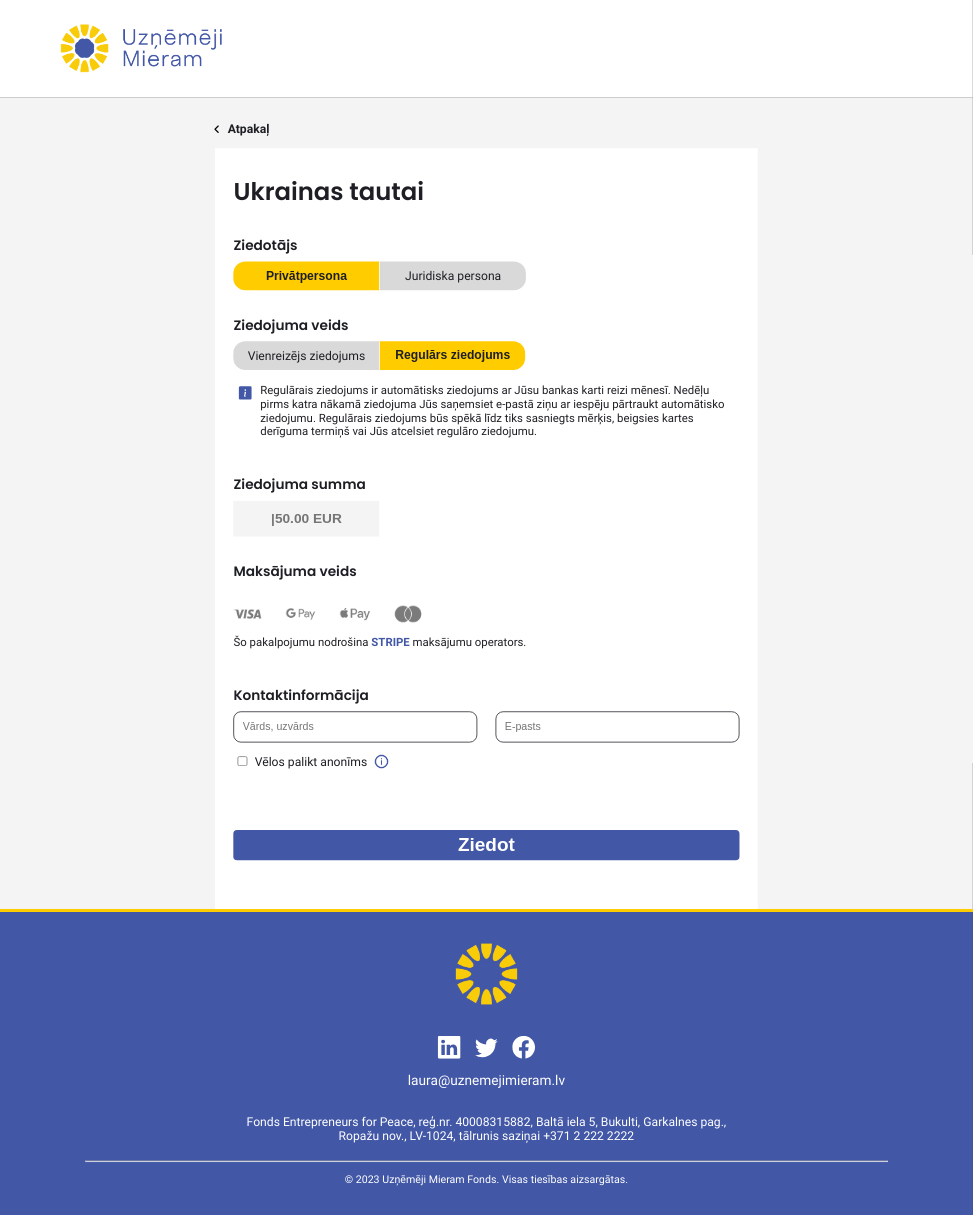
Repository: KatrinaPa/projekts11
Page: donate_Ukr-private-regular.html
The author's editor kept a copy of each file at every save. The page is drawn from the files as they stood at one save, then again after the next save.
The browser window is 1280 px wide. The pictures show the whole page, at 76% of full size.

Above is the page before, as saved 2023-05-30 20:35:06.
Console error: TypeError: Cannot read properties of null (reading 'children')

### donate_Ukr-private-regular.html
<!DOCTYPE html>
<html lang="en">

<head>
    <meta charset="UTF-8">
    <meta http-equiv="X-UA-Compatible" content="IE=edge">
    <meta name="viewport" content="width=device-width, initial-scale=1.0">
    <title>Ukrainas tautai</title>
    <link href="https://fonts.googleapis.com/css2?family=Jost:wght@400;700&display=swap" rel="stylesheet" />
    <link rel="stylesheet" href="assets/main.css" />
    <link rel="stylesheet" href="assets/donate-page.css" />
    <link rel="stylesheet" href="assets/donate-page-private-regular.css" />
    <link rel="stylesheet" href="https://cdnjs.cloudflare.com/ajax/libs/font-awesome/6.2.0/css/all.min.css" />
    <script src="assets/main.js" defer></script>
</head>

<body>
    <div class="panel">
        <header class="header">
            <nav class="navbar">
                <img src="assets/images/UM_logo.png" alt="uznemejiMieram" id="logo">
                <div class="navigation">
                    <ul class="nav-menu">
                        <li class="nav-item"><a href="sakums.html" class="nav-link">Sākums</a></li>
                        <li class="nav-item"><a href="donate_projects.html" class="nav-link">Ziedot</a></li>
                    </ul>
                    <div class="hamburger">
                        <span class="bar"></span>
                        <span class="bar"></span>
                        <span class="bar"></span>
                    </div>
                </div>
            </nav>
        </header>
        <section id="donate_wrapper" class="donate_section">
            <div class="donate-centred">
                <div class="back-toProject">
                    <button class="back-btn">
                        <i id="left" class="fa-solid fa-angle-left"></i>
                    </button>
                    <a href="projekts-donateUkr.html" id="">Atpakaļ</a>
                </div>
                <div class="donate_page">
                    <h1>Ukrainas tautai</h1>
                    <div class="donation_type">
                        <h4>Ziedotājs</h4>
                        <div>
                            <button class="individual" id="individual-donate">Privātpersona</button>
                            <a href="donate_Ukr-legal-onetime.html" class="legal" id="legal-donate">Juridiska
                                persona</a>
                        </div>
                        <h4>Ziedojuma veids</h4>
                        <div>
                            <a href="donate_Ukr-private-onetime.html" class="one-time" id="one-time-donate">Vienreizējs
                                ziedojums</a>
                            <button class="regular" id="regular-donate">Regulārs ziedojums</button>
                        </div>
                        <div>
                            <svg xmlns="http://www.w3.org/2000/svg" width="60" height="60" fill="#4257A6"
                                class="bi bi-info-square-fill" viewBox="0 0 16 16">
                                <path
                                    d="M0 2a2 2 0 0 1 2-2h12a2 2 0 0 1 2 2v12a2 2 0 0 1-2 2H2a2 2 0 0 1-2-2V2zm8.93 4.588-2.29.287-.082.38.45.083c.294.07.352.176.288.469l-.738 3.468c-.194.897.105 1.319.808 1.319.545 0 1.178-.252 1.465-.598l.088-.416c-.2.176-.492.246-.686.246-.275 0-.375-.193-.304-.533L8.93 6.588zM8 5.5a1 1 0 1 0 0-2 1 1 0 0 0 0 2z" />
                            </svg>
                            <p>Regulārais ziedojums ir automātisks ziedojums ar Jūsu bankas karti reizi mēnesī. Nedēļu
                                pirms
                                katra nākamā ziedojuma Jūs saņemsiet e-pastā ziņu ar iespēju pārtraukt automātisko
                                ziedojumu. Regulārais ziedojums būs spēkā līdz tiks sasniegts mērķis, beigsies kartes
                                derīguma termiņš vai Jūs atcelsiet regulāro ziedojumu.
                            </p>
                        </div>
                        <h4>Ziedojuma summa</h4>
                        <div>
                            <input class="enter-donation" type="text" placeholder="|50.00 EUR" />
                        </div>
                        <h4>Maksājuma veids</h4>
                        <div class="payment_logo">
                            <img src="assets/images/Visa_logo.png" alt="Visa" id="visa_logo">
                            <img src="assets/images/googlepay_logo.png" alt="Google Pay" id="google-pay_logo">
                            <img src="assets/images/applepay_logo.png" alt="Apple Pay" id="apple-pay_logo">
                            <img src="assets/images/MasterCard_logo.png" alt="MasterCard" id="master-card_logo">
                        </div>
                        <p>Šo pakalpojumu nodrošina <span>STRIPE</span> maksājumu operators.</p>
                    </div>
                    <div class="contact-details">
                        <h4>Kontaktinformācija</h4>
                        <form action="#" class="placehold_button">
                            <div class="inputs-details">
                                <input type="text" placeholder="Vārds, uzvārds" />
                                <input type="email" placeholder="E-pasts" />
                            </div>
                            <div class="checkbox_display">
                                <div>
                                    <input type="checkbox" name="no-display" id="display-no" />
                                    <label for="display-no">Vēlos palikt anonīms</label>
                                </div>
                                <img src="assets/images/info.png" alt="info" id="info-icon">
                            </div>
                            <button type="submit" class="buttonContinue">Ziedot</button>
                        </form>
                    </div>
                </div>
            </div>
            <div class="yellow-bottom"></div>
        </section>
        </main>
        <footer>
            <div class="about">
                <img src="assets/images/UM_simbols.png" alt="uznemejiMieram">
                <div class="social">
                    <svg xmlns="http://www.w3.org/2000/svg" width="30" height="30" fill="#ffffff" class="bi bi-linkedin"
                        viewBox="0 0 16 16">
                        <path
                            d="M0 1.146C0 .513.526 0 1.175 0h13.65C15.474 0 16 .513 16 1.146v13.708c0 .633-.526 1.146-1.175 1.146H1.175C.526 16 0 15.487 0 14.854V1.146zm4.943 12.248V6.169H2.542v7.225h2.401zm-1.2-8.212c.837 0 1.358-.554 1.358-1.248-.015-.709-.52-1.248-1.342-1.248-.822 0-1.359.54-1.359 1.248 0 .694.521 1.248 1.327 1.248h.016zm4.908 8.212V9.359c0-.216.016-.432.08-.586.173-.431.568-.878 1.232-.878.869 0 1.216.662 1.216 1.634v3.865h2.401V9.25c0-2.22-1.184-3.252-2.764-3.252-1.274 0-1.845.7-2.165 1.193v.025h-.016a5.54 5.54 0 0 1 .016-.025V6.169h-2.4c.03.678 0 7.225 0 7.225h2.4z" />
                    </svg>
                    <svg xmlns="http://www.w3.org/2000/svg" width="30" height="30" fill="#ffffff" class="bi bi-twitter"
                        viewBox="0 0 16 16">
                        <path
                            d="M5.026 15c6.038 0 9.341-5.003 9.341-9.334 0-.14 0-.282-.006-.422A6.685 6.685 0 0 0 16 3.542a6.658 6.658 0 0 1-1.889.518 3.301 3.301 0 0 0 1.447-1.817 6.533 6.533 0 0 1-2.087.793A3.286 3.286 0 0 0 7.875 6.03a9.325 9.325 0 0 1-6.767-3.429 3.289 3.289 0 0 0 1.018 4.382A3.323 3.323 0 0 1 .64 6.575v.045a3.288 3.288 0 0 0 2.632 3.218 3.203 3.203 0 0 1-.865.115 3.23 3.23 0 0 1-.614-.057 3.283 3.283 0 0 0 3.067 2.277A6.588 6.588 0 0 1 .78 13.58a6.32 6.32 0 0 1-.78-.045A9.344 9.344 0 0 0 5.026 15z" />
                    </svg>
                    <svg xmlns="http://www.w3.org/2000/svg" width="30" height="30" fill="#ffffff" class="bi bi-facebook"
                        viewBox="0 0 16 16">
                        <path
                            d="M16 8.049c0-4.446-3.582-8.05-8-8.05C3.58 0-.002 3.603-.002 8.05c0 4.017 2.926 7.347 6.75 7.951v-5.625h-2.03V8.05H6.75V6.275c0-2.017 1.195-3.131 3.022-3.131.876 0 1.791.157 1.791.157v1.98h-1.009c-.993 0-1.303.621-1.303 1.258v1.51h2.218l-.354 2.326H9.25V16c3.824-.604 6.75-3.934 6.75-7.951z" />
                    </svg>
                </div>
                <div class="contacts">
                    <p>laura@uznemejimieram.lv</p>
                    <p>Fonds Entrepreneurs for Peace, reģ.nr. 40008315882, Baltā iela 5, Bukulti, Garkalnes pag., Ropažu
                        nov., LV-1024, tālrunis saziņai +371 2 222 2222</p>
                </div>
            </div>
            <div class="copy">
                <hr>
                <p>© 2023 Uzņēmēji Mieram Fonds. Visas tiesības aizsargātas.</p>
            </div>
        </footer>
    </div>

</body>

</html>

### assets/donate-page.css
#donate_wrapper {
    background-color: #f4f4f4;
}

.donate_section {
    font-family: 'Roboto';
}

.donate-centred {
    display: flex;
    align-items: center;
    flex-direction: column;
}

.back-toProject {
    width: 57%;
    padding: 2rem 0 1rem 0;
}

.back-toProject a {
    text-decoration: none;
    color: #1E1F24;
    font-size: 16px;
    font-weight: 600;
    margin-block-start: 0;
}

.back-btn {
    margin-top: -15px;
    border: 0;
    background: transparent;
    cursor: pointer;
}

.donate_page {
    width: 52%;
    background-color: #ffffff;
    padding: 2rem 1.5rem 4rem 1.5rem;
    display: flex;
    flex-direction: column;
    align-items: flex-start;
    color: #1E1F24;
}

h1 {
    color: #1E1F24;
    font-weight: 600;
    font-size: 32px;
    line-height: 50px;
}

h4 {
    font-size: 18px;
    font-weight: 600;
    margin: 2rem 0 0.5rem 0;
    font-family: 'Poppins';
}

.donation_type div {
    display: flex;
    flex-direction: row;
    justify-content: flex-start;
}

.donation_type svg {
    margin: 1rem 0.7rem 0 0.4rem;
    margin-block-start: 0;
}

.donation_type p {
    font-size: 15px;
    margin-block-start: 1.1rem;
}

.donation_type span {
    color: #4257A6;
    font-weight: 600;
}

.one-time,
.individual {
    color: #1E1F24;
    font-size: 16px;
    padding: 0.6rem 0;
    width: 12rem;
    text-align: center;
    text-decoration: none;
    border: none;
    border-radius: 16px 0 0 16px;
    font-weight: 400;
    margin-block-end: 0;
    cursor: pointer;
}

.legal,
.regular {
    color: #1E1F24;
    font-size: 16px;
    padding: 0.6rem 0;
    width: 12rem;
    text-align: center;
    text-decoration: none;
    border: 1px solid #ffffff;
    border-width: 0 0 0 1px;
    border-radius: 0 16px 16px 0;
    font-weight: 400;
    margin-block-end: 0;
    cursor: pointer;
}

.legal:hover,
.regular:hover,
.one-time:hover,
.individual:hover {
    background-color: #ffcc00;
    font-weight: 600;
}

.enter-donation {
    background-color: #f4f4f4;
    color: #615c5c;
    font-size: 18px;
    padding: 0.8rem 0;
    width: 12rem;
    text-align: center;
    border: none;
    font-weight: 600;
    margin-block-start: 0;
}

.payment_logo {
    align-items: center;
    gap: 2rem;
    margin-top: 2rem;
}

#visa_logo,
#google-pay_logo,
#apple-pay_logo,
#master-card_logo {
    cursor: pointer;
}

.contact-details {
    display: flex;
    flex-direction: column;
    justify-content: space-between;
    width: 100%;
}

.inputs-details {
    display: flex;
    gap: 1.5rem;
    margin-bottom: 1rem;
}

.contact-details input {
    border-radius: 10px;
    padding: 0.7rem 0.7rem;
    width: 100%;
    border: solid 1px #1E1F24;
    font-size: 14px;
}

.buttonContinue {
    margin-top: 2.5rem;
    width: 100%;
    background-color: #4257A6;
    color: #ffffff;
    font-size: 25px;
    font-weight: 600;
    height: 2.5rem;
    text-decoration: none;
    border-radius: 5px;
    border: none;
    align-items: center;
    justify-content: center;
    cursor: pointer;
}

.checkbox_display {
    display: flex;
    margin-bottom: 2.5rem;
    gap: 0.6rem;
}

.checkbox_display img {
    width: 18px;
    height: 18px;
}

#display-no {
    width: 1.5rem;
    margin: 0;
}

.yellow-bottom {
    height: 0.25rem;
    background-color: #ffcc00;
}

@media (min-width: 1280px) {}

@media screen and (max-width: 1279px) {

    .back-toProject {
        width: 84%;
    }

    .donate_page {
        width: 75%;
    }

    .inputs-details {
        gap: 0.5rem;
    }
}

@media screen and (max-width: 700px) {

    .back-toProject {
        width: 87%;
    }

    .inputs-details {
        margin-bottom: 2rem;
        flex-direction: column;
    }

    .placehold_button {
        padding-right: 2rem;
    }

    .one-time,
    .regular,
    .individual,
    .legal {
        width: 11rem;
    }
}

### assets/donate-page-private-regular.css
#one-time-donate {
    background-color: #d9d9d9;

}

#regular-donate {
    background-color: #ffcc00;
    font-weight: 600;
    cursor: auto;
}

#individual-donate {
    background-color: #ffcc00;
    font-weight: 600;
    cursor: auto;
}

#legal-donate {
    background-color: #d9d9d9;
}

Loaded but not shown: assets/main.js (97 lines, source omitted); assets/main.css (1929 lines, source omitted)

After the next save:
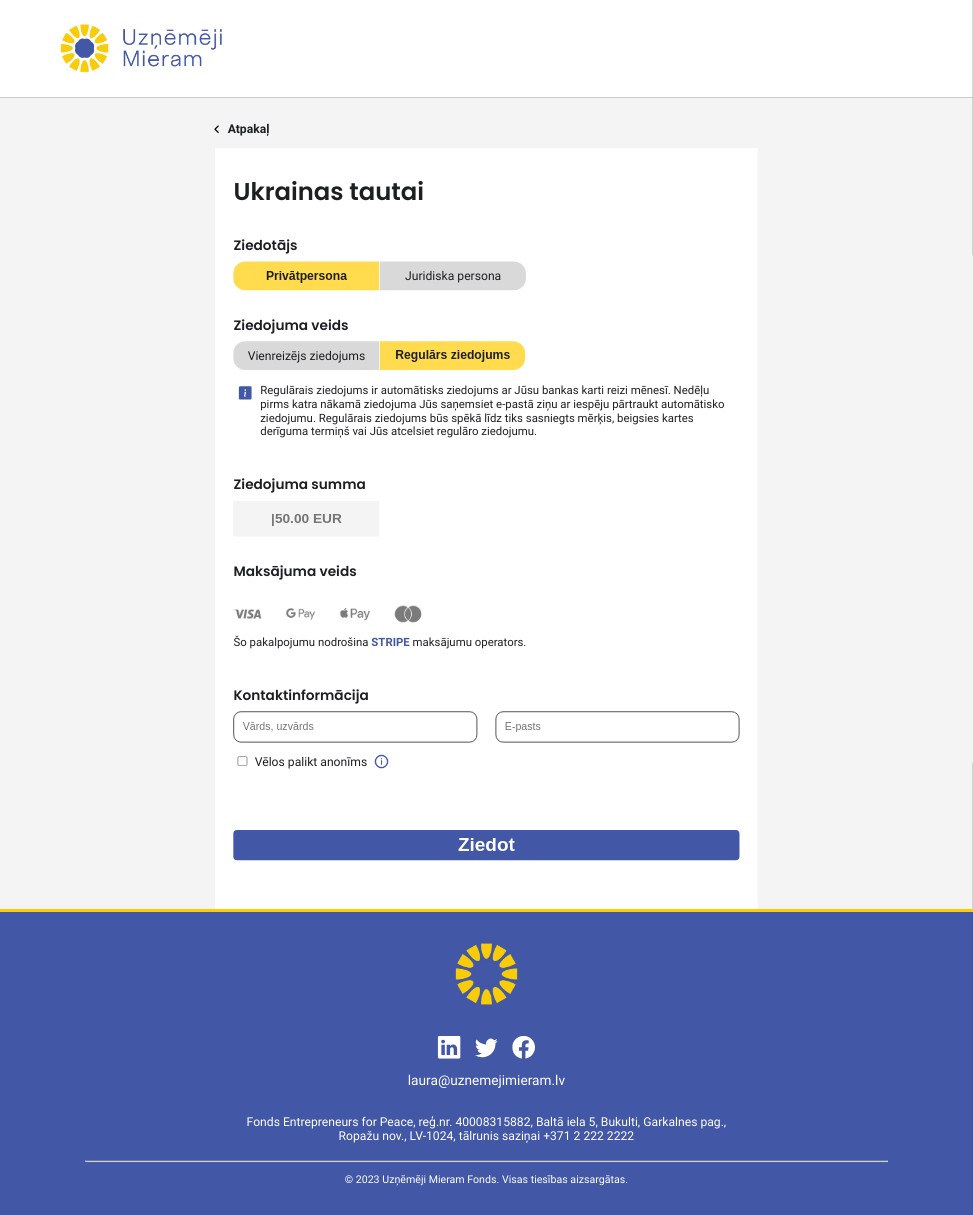
Saved 116 s later.
--- a/assets/donate-page-private-regular.css
+++ b/assets/donate-page-private-regular.css
@@ -4,13 +4,13 @@
 }
 
 #regular-donate {
-    background-color: #ffcc00;
+    background-color: #FFDB4D;
     font-weight: 600;
     cursor: auto;
 }
 
 #individual-donate {
-    background-color: #ffcc00;
+    background-color: #FFDB4D;
     font-weight: 600;
     cursor: auto;
 }
